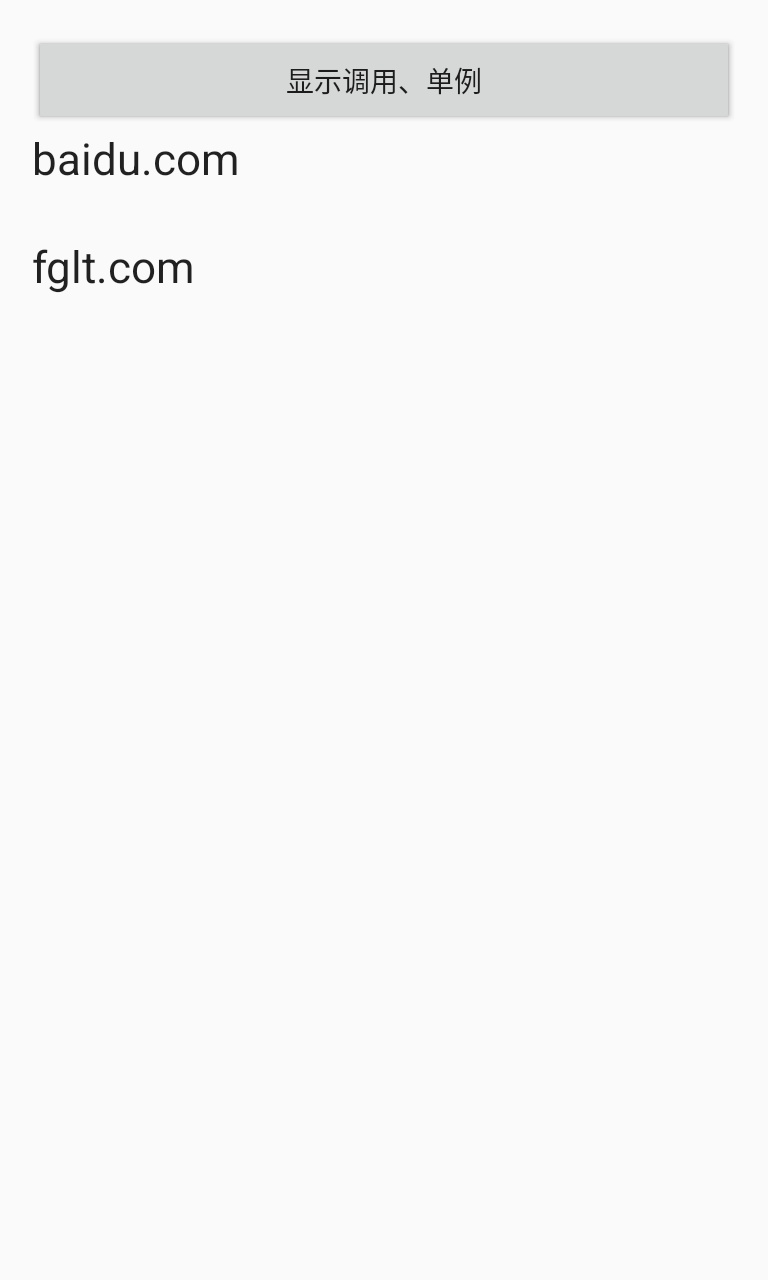
Repository: xiaoniao/home
Layout: android_training/VolleyTraing/res/layout/activity_main.xml
An editor plug-in stored every save of this project. The layout is shown before and after the next save, followed by the edit.
It is drawn on a 768 x 1280 px phone screen (xhdpi) without system bars, with theme AppTheme; the app's code is not run.

Above is the layout before, as saved 2014-09-04 14:25:02.

After the next save:
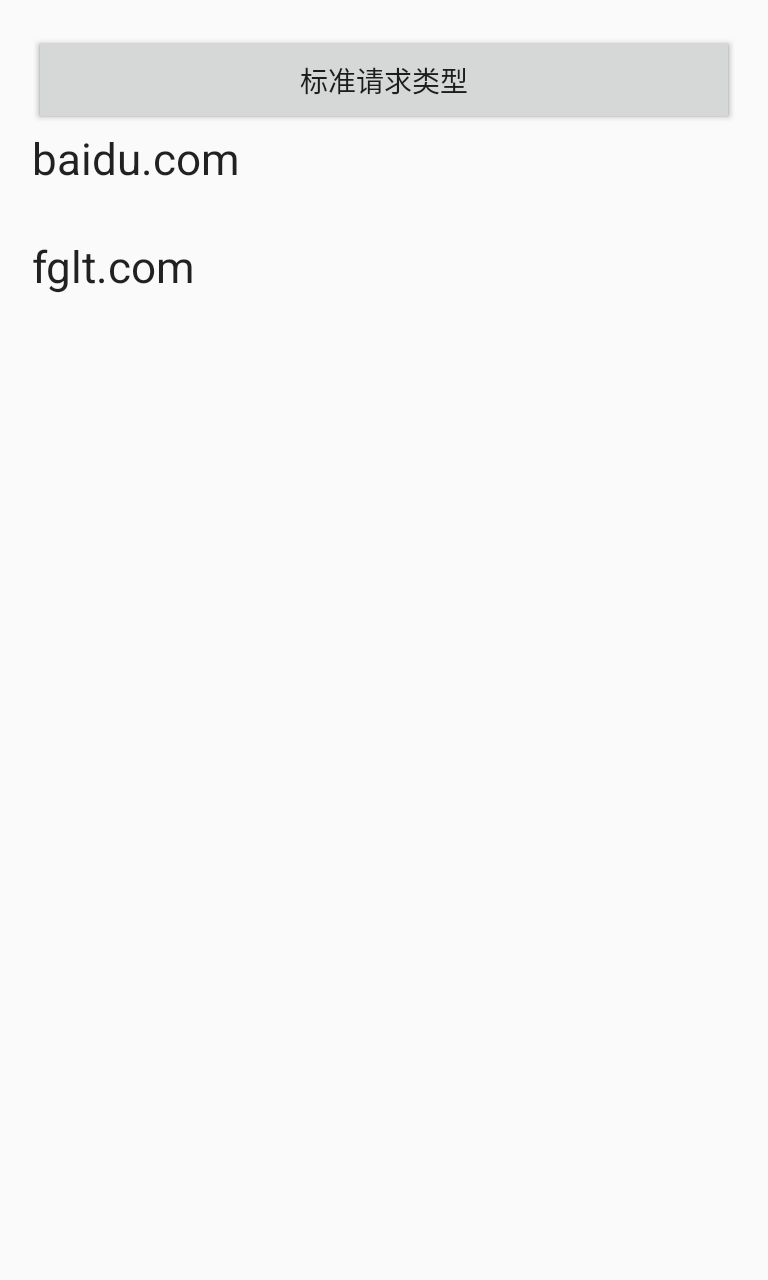
Saved 16 s later.
--- a/android_training/VolleyTraing/res/layout/activity_main.xml
+++ b/android_training/VolleyTraing/res/layout/activity_main.xml
@@ -24,7 +24,7 @@
             android:layout_width="match_parent"
             android:layout_height="wrap_content"
             android:layout_alignParentTop="true"
-            android:text="显示调用、单例" />
+            android:text="标准请求类型" />
 
         <TextView
             android:id="@+id/textView1"
